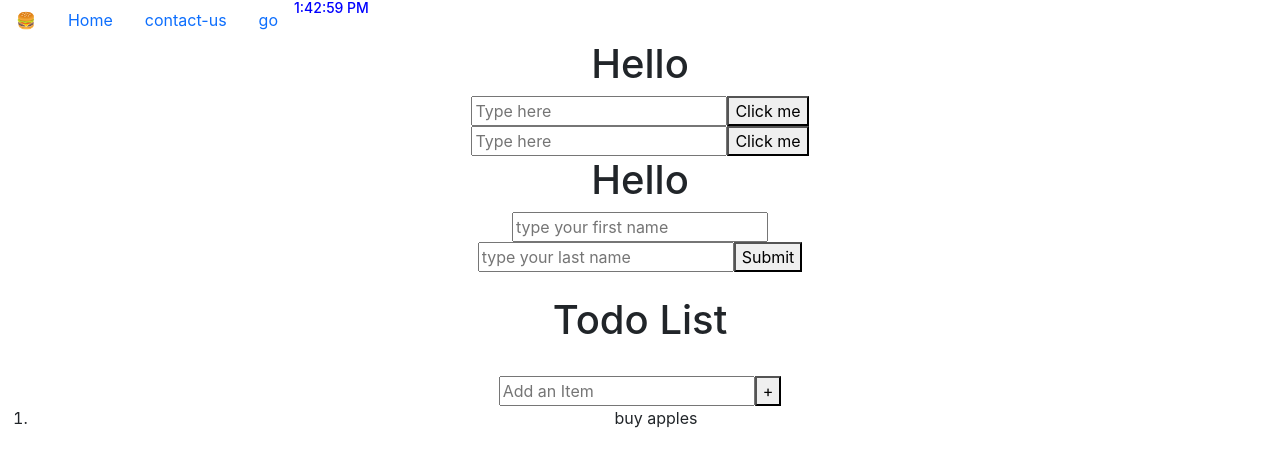
Repository: shah-zx/React-learning
Page: /about
An editor plug-in stored every save of this project. The page is shown before and after the next save, followed by the edit.
The browser window is 1280 px wide. The pictures show the whole page.
The project was rebuilt for these pictures with package versions that can differ from the ones it lists, and the page was loaded fresh each time. Also part of the build but not shown: src/components/Greet.js, src/components/Welcome.js, src/components/Swagat.js, src/components/Namaste.js, src/components/Hello.js, src/components/ayiye.js, src/components/Message.js, src/components/Thought.js and 47 more. Imported but missing from the stored project, and not drawn on this page: src/components/Indexaskeyantipattern.

Above is the page before, as saved 2021-11-12 22:27:00.

### public/index.html
<!DOCTYPE html>
<html lang="en">
  <head>
    <meta charset="utf-8" />
    <link rel="icon" href="%PUBLIC_URL%/favicon.ico" />
    <meta name="viewport" content="width=device-width, initial-scale=1" />
    <meta name="theme-color" content="#000000" />
    <meta
      name="description"
      content="Textutility is a text based utility whuc can be used to manipulate your text in way you want"
    />
    <link rel="apple-touch-icon" href="%PUBLIC_URL%/logo192.png" />
    <!--
      manifest.json provides metadata used when your web app is installed on a
      user's mobile device or desktop. See https://developers.google.com/web/fundamentals/web-app-manifest/
    -->
    <link rel="manifest" href="%PUBLIC_URL%/manifest.json" />
    <!--Bootstrap CSS-->
    <link href="https://cdn.jsdelivr.net/npm/bootstrap@5.1.3/dist/css/bootstrap.min.css" rel="stylesheet" integrity="sha384-1BmE4kWBq78iYhFldvKuhfTAU6auU8tT94WrHftjDbrCEXSU1oBoqyl2QvZ6jIW3" crossorigin="anonymous">
    <!--
      Notice the use of %PUBLIC_URL% in the tags above.
      It will be replaced with the URL of the `public` folder during the build.
      Only files inside the `public` folder can be referenced from the HTML.

      Unlike "/favicon.ico" or "favicon.ico", "%PUBLIC_URL%/favicon.ico" will
      work correctly both with client-side routing and a non-root public URL.
      Learn how to configure a non-root public URL by running `npm run build`.
    -->
    <title>Infuzex</title>
  </head>
  <body>
    <noscript>You need to enable JavaScript to run this app.</noscript>
    <div id="root"></div>
    <div id="portal-root"></div>

    <!--
      This HTML file is a template.
      If you open it directly in the browser, you will see an empty page.

      You can add webfonts, meta tags, or analytics to this file.
      The build step will place the bundled scripts into the <body> tag.

      To begin the development, run `npm start` or `yarn start`.
      To create a production bundle, use `npm run build` or `yarn build`.
    -->
    <!--Bootstrap JS-->
  <script src="https://cdn.jsdelivr.net/npm/bootstrap@5.1.3/dist/js/bootstrap.bundle.min.js" integrity="sha384-ka7Sk0Gln4gmtz2MlQnikT1wXgYsOg+OMhuP+IlRH9sENBO0LRn5q+8nbTov4+1p" crossorigin="anonymous"></script>
 </body>
</html>

### src/App.js
import logo from './logo.svg';
import './App.css';
import React, { useState } from 'react';
import Greet from './components/Greet'
import Welcome from './components/Welcome'
import Swagat from './components/Swagat'
import Namaste from './components/Namaste'
import Hello from './components/Hello'
import Ayiye from './components/ayiye';
import Message from './components/Message'
import Thought from './components/Thought'
import Counter from './components/Counter'
import Functionalclick from './components/Functionalclick'
import Eventbind from './components/Eventbind'
import ParentComponent from './components/ParentComponent';
import CoditionalRendering from './components/CoditionalRendering';
import Namelist from './components/Namelist';
import Indexaskeyantipattern from './components/Indexaskeyantipattern'
import Stylesheet from './components/Stylesheet'
import Inline from './components/Inline'
import './appStyles.css'
import styles from './appStyles.module.css'
import Form from './components/Form';
import Fragments from './components/Fragments';
import Tables from './components/Tables';
import Columns from './components/Columns';
import Purecomponents from './components/Purecomponents'
import Parentcomp from './components/Parentcomp';
import MemoComp from './components/MemoComp'
import RefsDemo from './components/RefsDemo';
import Focusinput from './components/Focusinput'
import FRparentinput from './components/FRparentinput';
import Portaldemo from './components/Portaldemo'
import Practice1 from './components/Practice1';
import Practice2 from './components/Practice2';
import Clickcounter from './components/Clickcounter';
import HoverCount from './components/HoverCount'
import Componentone from './components/Componentone'
import ClickcounterTwo from './components/ClickcounterTwo';
import HovercounterTwo from './components/HovercounterTwo'
import Hovering from './components/Hovering';
import User from './components/User'
import Counterforcountandhover from './components/Counterforcountandhover';
import Navbar from './components/Navbar';
import TextForm from './components/TextForm';
import About from './components/About';
import Alert from './components/Alert';
import {
  BrowserRouter as Router,
  Switch,
  Route,
  Link

} from "react-router-dom";
import One from './practice_components/One';
import Alert_pr from './practice_components/Alert_pr';
import Footer from './components/Footer';
import Textarea from './practice_components/Textarea';
import NotesState from '../src/context/notes/NotesState'
import Hooks from './practice_components/Hooks';
import Time from './practice_components/Time';
import Dclock from './practice_components/Dclock';
import Handlingevents from './practice_components/Handlingevents'
import Forms from './practice_components/Forms';
import Login from './practice_components/Login';
import Todo from './practice_components/Todo'
function App() {
  // const [darkMode , setDarkMode] = useState(false)  // Wether dark mode is enabled or disabled //
  const [alert, setAlert] = useState(null);  // This is used for setting the state //
  const showAlert = (message, type) => {    // This is for showing the alert

    setAlert({
      msg: message,
      type: type
    })
    setTimeout(() => {  // This will help us to fade out the text message after 2 seconds //
      setAlert(null);
    }, 2000);
  }

  return (
    <>
    <NotesState>
      <Router>

        <div className="App">
          {

            <Navbar title= "🍔" Abouttext="Home" cont="contact-us" hello="go" />
       // Passing the props //
      /*      <Greet name = "hamza" heroName = "Batman"/>
      {/* <Greet name = ""  <Greet name = "shahnawaz" superName = "Superman"/>
      <Greet name = "rahul" wonderName = "women"/>

      {/*<Welcome />
      <Swagat />
      <Namaste />
      <Hello />
      <Ayiye naam="shahnawaz" elder="Brother" />
      <Ayiye naam="hamza" younger="Brother" /> */}
          {/* <Greet name="shahnawaz" heroName="Batman" /> */}
          {/* <Greet /> */}
          {/* <Welcome name="Hamza" heroName="Superman" /> */}
          {/* <Message />
      <Thought />
      <Counter /> */}
          {/* <ParentComponent /> */}
          {/* <Functionalclick /> */}
          {/* <Eventbind /> */}
          {/* <CoditionalRendering /> */}
          {/* <Namelist />  */}
          {/* <Indexaskeyantipattern /> */}
          {/* <Stylesheet primary = {true} />
      <Inline />
      <h1 className='error'>Error</h1>
      <h1 className={styles.success}>Success</h1>
      <Form /> */}
          {/* <Purecomponents /> */}
          {/* <Fragments /> */}
          {/* <Tables /> */}
          {/* <Parentcomp /> */}
          {/* <MemoComp /> */}
          {/* <Practice1 naam="romeo" herokanaam="billu" /> */}
          {/* <Hello />
      <RefsDemo />
      <Focusinput />
      <FRparentinput />
      <Portaldemo /> */}
          {/* <Practice2 /> */}
          {/* <Clickcounter /> */}
          {/* <HoverCount /> */}
          {/* <Componentone /> */}
          {/* <ClickcounterTwo /> */}
          {/* <HovercounterTwo /> */}
          {/* <Hovering /> */}
          {/* <User render={(isLoggedIn) => isLoggedIn ? 'Rendered' : 'Guest'} />   */}
          {/* <Counterforcountandhover render = {(count , incrementCount) => <ClickcounterTwo count = {count} incrementCount = {incrementCount}/> }/> */}
          {/* <Counterforcountandhover render = {(count , incrementCount) => <Hovering count = {count} incrementCount = {incrementCount}/> }/> */}
          {/* <Hooks/>
          <Time /> */}
          <Forms/>
          {/* <Handlingevents /> */}
          <Login />
          <Todo />
          <Alert alert={alert} />
          {/* <div className="alert">
            <Alert_pr showAlert={showAlert} />
          </div>
          <div classname="greet">
            <Greet />
          </div>
          <div className="container my-3" >
            <Switch>
              <Route path="/about">
                <About />
                {/* <Ayiye/> */}
              {/* </Route>
              <Route path="/">
                <TextForm showAlert={showAlert} heading="Enter the text to see :" />
                <div className="txt">
                  <Textarea st="checkbox"/>
                </div>
                <div className="red_card">
                  <One />
                  <div className="container">
                    <Footer heading = "Footer" link1 = "Facebook" ls = "Twitter" oneLink = "Instagram" secLink = "LinkedIn"/>
                  </div>
                </div>
              </Route>
            </Switch>
            {/* <About /> */}
          </div>
          {/* <About /> */}
        {/* </div> */}
      </Router>
    </NotesState>
    </>
  );
}

export default App;  // This is the place where we have exported our App //

// Functional components : takes properties ( a js function takes the props and returns the jsx code --> HTML code )
// As soon as we import the Greet Component we have to import it to our main App.js and use it as an html tag
// Class components : They can also recieve input as props and retun html code
// It can maintain some data private to that component
// The user component will make sure the user is logged in or not

### src/App.css
.App {
  text-align: center;
}

.App-logo {
  height: 40vmin;
  pointer-events: none;
}

@media (prefers-reduced-motion: no-preference) {
  .App-logo {
    animation: App-logo-spin infinite 20s linear;
  }
}

.App-header {
  background-color: #282c34;
  min-height: 100vh;
  display: flex;
  flex-direction: column;
  align-items: center;
  justify-content: center;
  font-size: calc(10px + 2vmin);
  color: white;
}

.App-link {
  color: #61dafb;
}

@keyframes App-logo-spin {
  from {
    transform: rotate(0deg);
  }
  to {
    transform: rotate(360deg);
  }
}

/*
.red_card {
  display: flex;
  flex-wrap: wrap;
} */

.container {
  margin-top: 2em;
}

### src/components/Navbar.js
// Here we are making a navbar component //

import React from 'react'
import PropTypes from 'prop-types' // Importing the proptypes from props //
import {Link} from 'react-router-dom' // Importing the Link  , thing to remember : exporting not as DEFAULT //
import Dclock from '../practice_components/Dclock'
export default function Navbar(props) {

    return (
      <>
        <ul className="nav">
        <li className="nav-item">
          <Link className="nav-link active" aria-current="page" to="/">{props.title}</Link>
        </li>
        <li className="nav-item">
          <Link className="nav-link" to="about">{props.Abouttext}</Link>
        </li>
        <li className="nav-item">
          <Link className="nav-link" to="/">{props.cont}</Link>
        </li>
        <li className="nav-item">
          <a className="nav-link">{props.hello}</a>
        </li>
        <li>
      <Dclock/>
        </li>
      </ul>
      </>
    )
}
Navbar.propTypes = {      // These are our navbar properties //
                      title : PropTypes.string.isRequired ,
                      Abouttext : PropTypes.string
                   }

Navbar.defaultProps = {title : 'set title here' ,
                        Abouttext : 'set abouttext here'
                    }

### src/context/notes/NotesState.js
import react, { useState } from 'react';
import noteContext from './noteContext'

const NotesState = (props) => {
    const s1 = {
        "name": "Shahnawaz",
        "class": "5a"
    }
    const [state, setState] = useState(s1)
    const update = () => {
        setTimeout(() => {
            setState({
                "name": "hamza",
                "class": "12a"
            })
        }, 3000);
    }
    return (
        <noteContext.Provider value={{ state, update }}>
            {props.children}
        </noteContext.Provider>


    )
}

export default NotesState;

### src/practice_components/Dclock.jsx
import React , {useState} from 'react'

function Dclock() {

   let time = new Date().toLocaleTimeString();

   const[ctime , setTime] = useState(time)

   const updateTime = () => {
      let newtime = new Date().toLocaleTimeString();
      setTime(newtime)
   }

   setInterval(updateTime,1000) // This function will take a call back function and the interval after which the event will take place

    return (
        <>
            <h3 style={{color : "blue" , fontSize : "14px"}}>{ctime}</h3>
        </>
    )
}

export default Dclock

### src/practice_components/Forms.jsx
import React, { useState } from 'react'



function Forms() {

    const [fullName, setfullName] = useState({
        fname : "" ,
        lname : "" ,
    });

    const inputEvent = (event) => {  // We are passing the text we will be weiting in the input in an object called event
        // setName(event.target.value)
    };

    const onSubmits = (event) => {
        event.preventDefault();
        alert('Form submitted successfully')
    }


    const handleChange = () => {
        // setFullName(name);
    }
    return (
        <>
        <div className="main_div">
        <form onSubmit = {onSubmits}>
            <h1>Hello {fullName.fname} {fullName.lname}</h1>
            <input type="text"
                placeholder="Type here"
                value={fullName.fname}
                onChange={inputEvent}
                name = "fname">
                </input>
            <button onClick={handleChange}
                type="submit">Click me </button>
            <br />
            <input type="text"
                placeholder="Type here"
                value={fullName.lname}
                onChange={inputEvent}
                name = "lname">
                </input>
            <button onClick={handleChange}
                type="submit">Click me </button>
                </form>
                </div>
        </>
    )
}

export default Forms

// Note : as we do for button , which is onClick , we do for input field also : that is onChange
//    console.log(event.target.value)  // accessing our text

### src/practice_components/Login.jsx
import React, { useState } from 'react'

function Login() {

  const [name, setName] = useState("")

  const [lastName, setLastName] = useState("");

  const [fullName, setfullName] = useState("")

  const [lastNamenew , setlastNamenew] = useState("")

  const onSubmits = (event) => {
    event.preventDefault();  // This will help in preventing the default behaviour of the form
    setfullName(name)
    setlastNamenew(lastName)
  }

  const handleThat = (event) => {
    setName(event.target.value);
  }

  const handleThattwo = (event) => {
    setLastName(event.target.value)
  }

  return (
    <>
      <div className="main_div">
        <form onSubmit={onSubmits}>
          <h1>Hello {fullName} {lastNamenew}</h1>
          <input
            onChange={handleThat}
            type="text"
            placeholder="type your first name"
            value={name}>
          </input>
          <br/>
          <input
          type = "text"
          onChange = {handleThattwo}
          placeholder = "type your last name"
          value = {lastName}>
          </input>
          <button type="submit">Submit</button>
        </form>
      </div>
    </>
  )
}

export default Login

### src/practice_components/Todo.js
import React from 'react'

function App() {
    return (
        <div className="main_div">
        <div className="center_div">
            <br />
            <h1>Todo List</h1>
            <br />
            <input type="text" className="" placeholder = "Add an Item" />
            <button> + </button>
            <ol>
                <li>buy apples</li>
            </ol>
        </div>

        </div>
    )
}

export default App

### src/context/notes/noteContext.js
import { createContext } from "react";
const noteContext = createContext();   // Here we craeted a new context which will hold our states


export default noteContext;


// Here we have formed the context API

Loaded but not shown: src/index.js (common file); src/index.css (common file); src/reportWebVitals.js (common file)

After the next save:
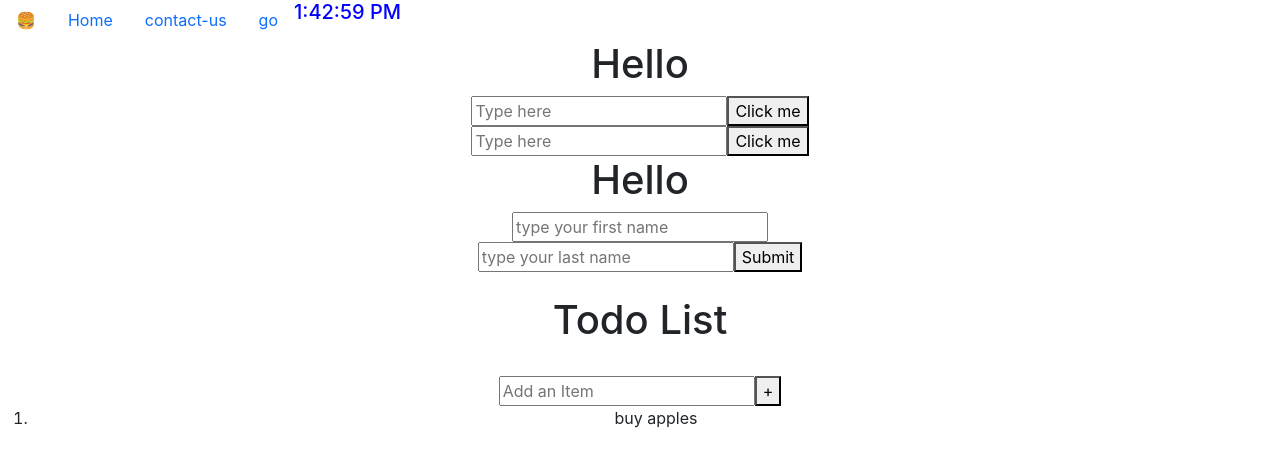
Saved 11 s later.
--- a/src/practice_components/Dclock.jsx
+++ b/src/practice_components/Dclock.jsx
@@ -15,7 +15,7 @@ function Dclock() {
 
     return (
         <>
-            <h3 style={{color : "blue" , fontSize : "14px"}}>{ctime}</h3>
+            <h3 style={{color : "blue" , fontSize : "20px"}}>{ctime}</h3>
         </>
     )
 }
